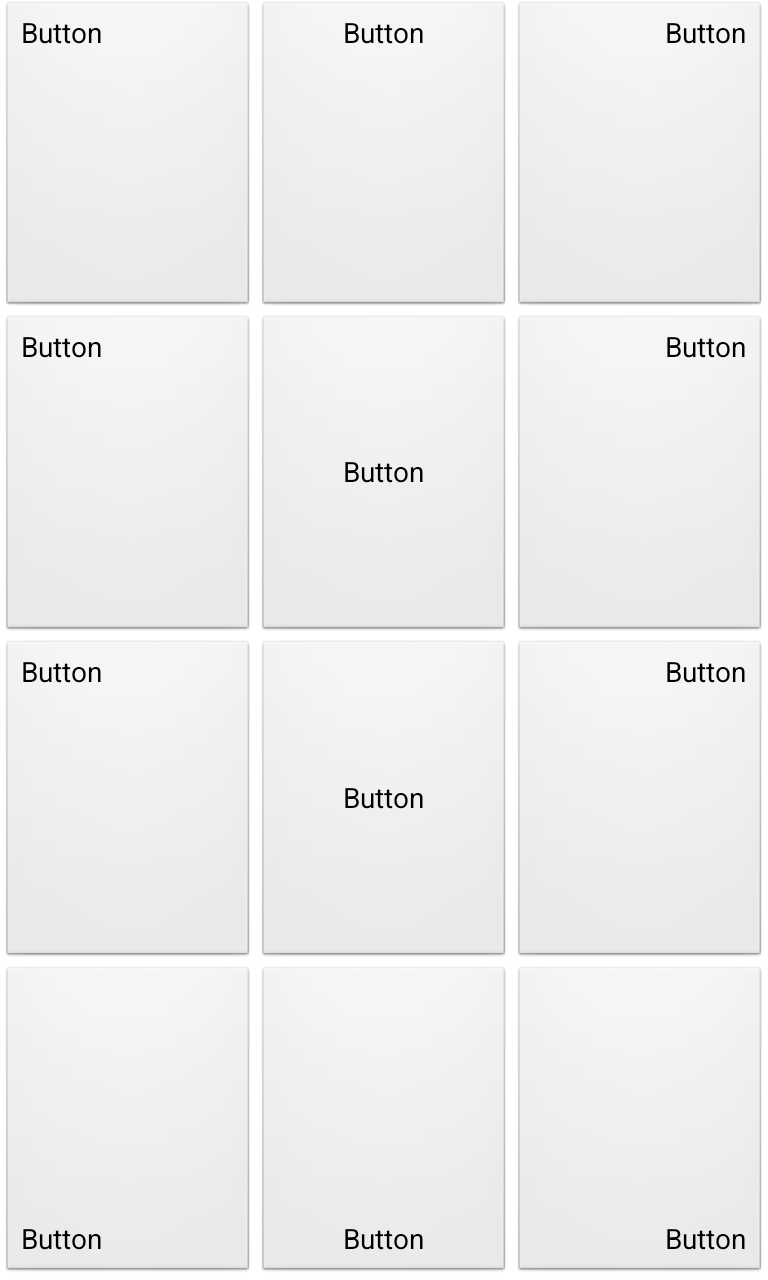
Repository: ApplucoJason/AndroidTest
Layout: MyFirstApp/res/layout/second.xml
The author's editor kept a copy of each file at every save. The layout is drawn from the files as they stood at one save, then again after the next save.
It is drawn on a 768 x 1280 px phone screen (xhdpi) without system bars, with theme AppTheme; the app's code is not run.

Above is the layout before, as saved 2013-09-04 12:24:19.

After the next save:
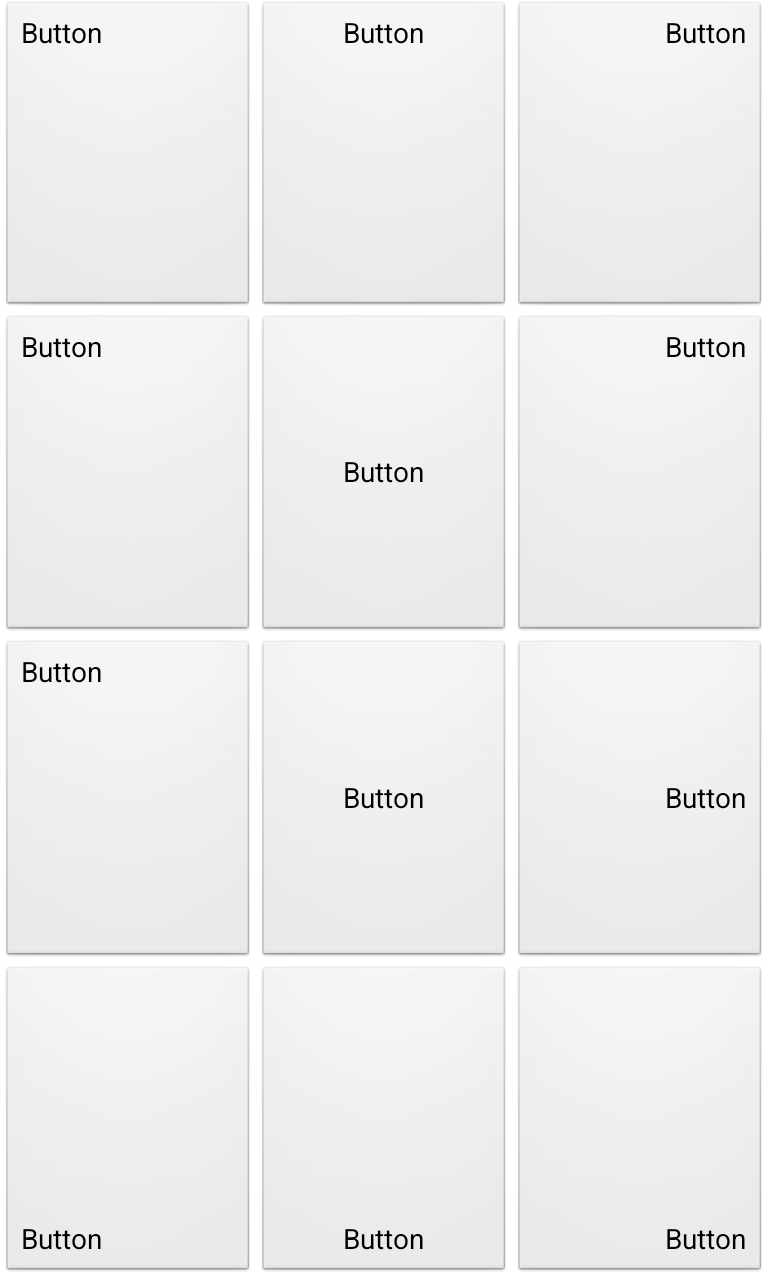
Saved 45 s later.
--- a/MyFirstApp/res/layout/second.xml
+++ b/MyFirstApp/res/layout/second.xml
@@ -90,7 +90,7 @@
             android:layout_width="wrap_content"
             android:layout_height="fill_parent"
             android:layout_weight="1"
-                android:gravity="right"
+                android:gravity="right|center"
             android:text="Button" />
     </LinearLayout>
 
